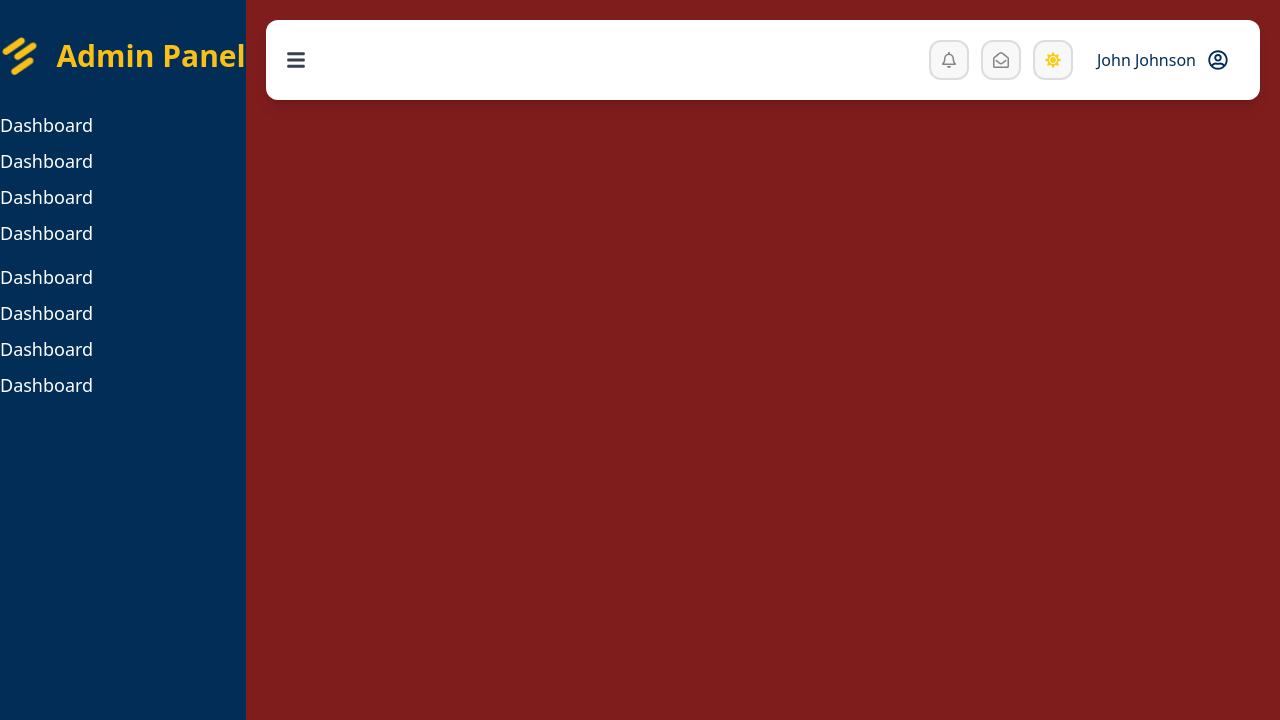
Repository: farrelmuhammad/redesign-bo
Page: /
An editor plug-in stored every save of this project. The page is shown before and after the next save, followed by the edit.
The browser window is 1280 px wide. The pictures show the whole page.
The project was rebuilt for these pictures with package versions that can differ from the ones it lists, and the page was loaded fresh each time. Also part of the build but not shown: src/App.css.

Above is the page before, as saved 2024-03-02 19:46:37.

After the next save:
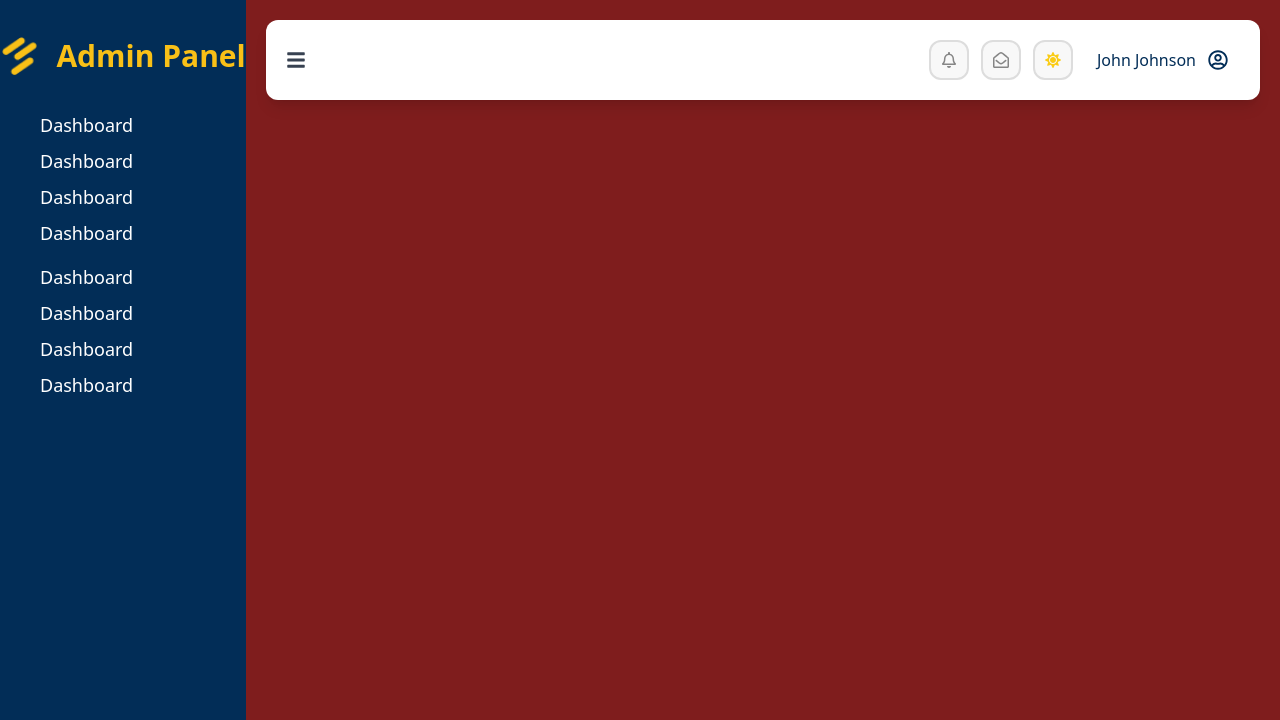
Saved 7 s later.
--- a/src/components/Sidebar.tsx
+++ b/src/components/Sidebar.tsx
@@ -8,7 +8,7 @@ const Sidebar = () => {
                 <img className="h-10 w-10" src={Logo} alt="" />
                 <h1 className='font-bold text-3xl text-[#F9C017]'>Admin Panel</h1>
             </div>
-            <div className="flex flex-col h-full w-full justify-start gap-4 items-start py-5">
+            <div className="flex flex-col h-full w-full justify-start gap-4 items-start py-5 px-10">
                 <ul className='flex flex-col gap-2 font-medium text-lg'>
                     <li>Dashboard</li>
                     <li>Dashboard</li>
